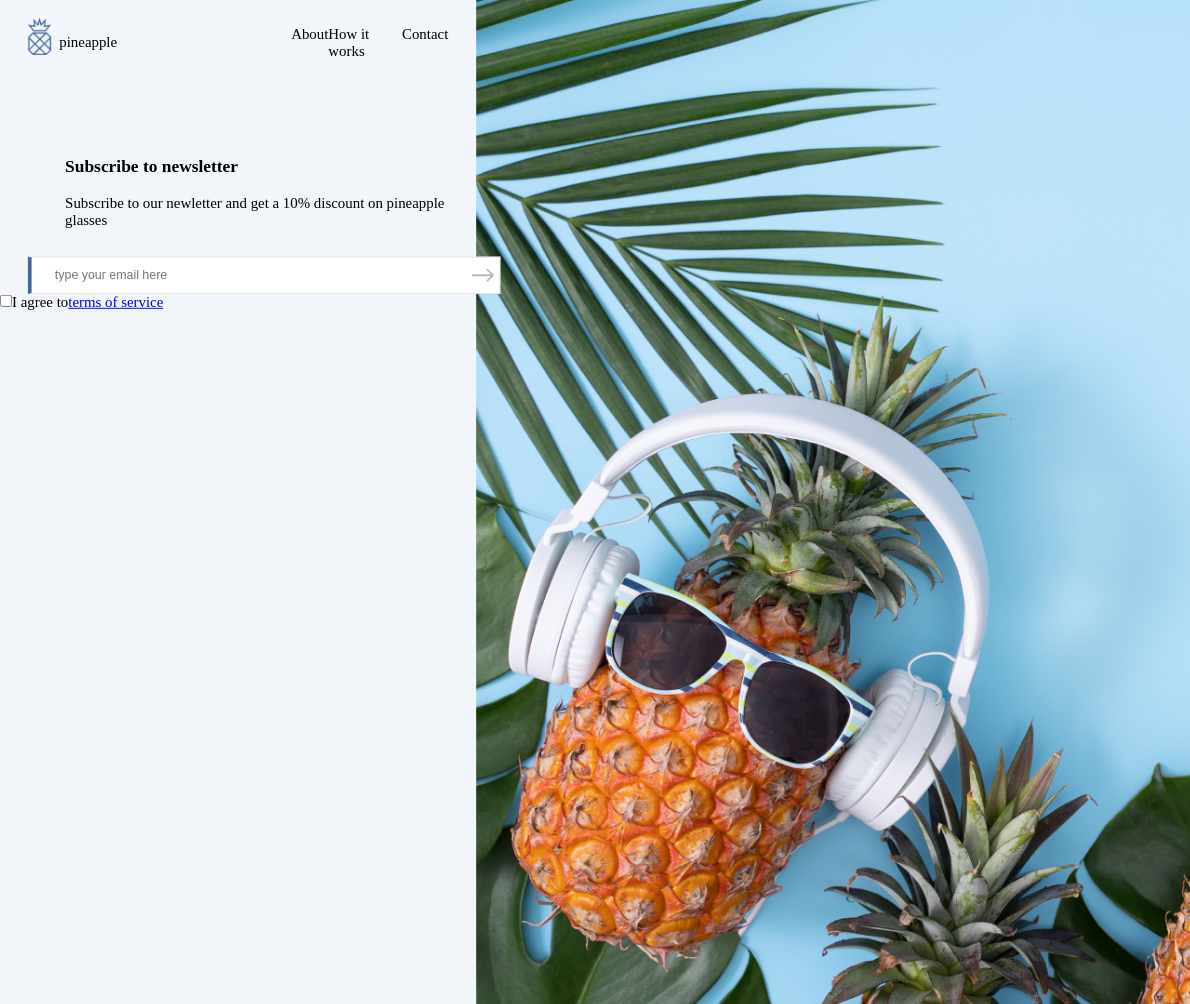
Repository: PaulsBebris/megabit-task
Page: /
An editor plug-in stored every save of this project. The page is shown before and after the next save, followed by the edit.
The browser window is 1280 px wide. The pictures show the whole page, at 93% of full size.
The project was rebuilt for these pictures with package versions that can differ from the ones it lists, and the page was loaded fresh each time.

Above is the page before, as saved 2021-04-19 14:35:31.

### src/App.vue
<template>
  <div id="app">
    <!-- <div id="nav">
      <router-link to="/">Home</router-link> |
      <router-link to="/about">About</router-link>
    </div> -->
    <router-view/>
  </div>
</template>

<style lang="scss">
// normalize
* {
  padding: 0;
  margin: 0;
  box-sizing: border-box;
}
#app {
  // font-family: Avenir, Helvetica, Arial, sans-serif;
  // -webkit-font-smoothing: antialiased;
  // -moz-osx-font-smoothing: grayscale;
  // text-align: center;
  // color: #2c3e50;
  overflow: hidden;
}

// #nav {
//   padding: 30px;

//   a {
//     font-weight: bold;
//     color: #2c3e50;

//     &.router-link-exact-active {
//       color: #42b983;
//     }
//   }
// }
</style>

### src/router/index.js
import Vue from 'vue'
import VueRouter from 'vue-router'
import Home from '../views/Home.vue'

Vue.use(VueRouter)

const routes = [
  {
    path: '/',
    name: 'Home',
    component: Home
  }
]

const router = new VueRouter({
  routes
})

export default router

// {
// path: '/about',
// name: 'About',
// route level code-splitting
// this generates a separate chunk (about.[hash].js) for this route
// which is lazy-loaded when the route is visited.
// component: () => import(/* webpackChunkName: "about" */ '../views/About.vue')
// }

### src/views/Home.vue
<template>
  <div class="home">
    <div class="page-content-wrapper">
      <div class="header-wrapper">
        <div class="logo">
          <img src="../assets/img/pineapple.png" alt="pineapple">
          <span>pineapple</span>
        </div>
        <div class="main-menu">
          <div>About</div>
          <div>How it works</div>
          <div>Contact</div>
        </div>
      </div>
      <div class="content-wrapper">
        <h3>Subscribe to newsletter</h3>
        <p>Subscribe to our newletter and get a 10% discount on pineapple glasses</p>
      </div>
      <div class="subscribe-form-wrapper">
        <input type="text" placeholder="type your email here" @click="onSubscribe" v-model="email" >
        <div class="submit-button">
          <span>
            <img src="../assets/img/ic_arrow.svg" alt="arrow">
          </span>
        </div>
      </div>
      <div class="terms-of-use">
        <input type="checkbox" name="agreedOnTerms" id="">I agree to<a href="#">terms of service</a>
      </div>
      <div class="social-wrapper"></div>
    </div>
    <div class="base-image">
      <img :src=sommer alt="">
    </div>
  </div>
</template>

<script>
import sommer from '@/assets/img/sommer.png'

export default {
  name: 'Home',
  components: {},
  data () {
    return {
      sommer,
      email: ''
    }
  },
  methods: {
    onSubscribe () {
      // axios send data
    }
  }
}
</script>

<style lang="scss" scoped>
@import "../assets/scss/defaults.scss";
.home {
  display: flex;
  // grid-template-columns: 3fr 1fr;
  // grid-template-rows: 100vh;
  width: 680px;
  height: 1080px;
  // color: $blue;
  // overflow: hidden;
}
.page-content-wrapper {
  width: 40vw;
  height: 1080px;
  background-color: $light-blue;
}
.base-image {
  width: 60vw;
}
.base-image img {
  max-height: 1080px;
}
.header-wrapper {
  display: flex;
  justify-content: space-between;
  margin: 5% 0 20% 0;
  align-items: center;
}
.logo {
  margin-left: 30px;
  display: flex;
  align-items: center;
}
.logo img {
  margin-right: 10%;
  position: relative;
  top: -7px;
}
.main-menu {
  margin-right: 30px;
  display: flex;
  justify-content: space-between;
  width: 33%;
}
.content-wrapper {
  padding-left: 70px;
}
.content-wrapper :first-child {
  margin-bottom: 20px;
}
.content-wrapper p {
  margin-bottom: 30px;
}
.subscribe-form-wrapper {
  display: flex;
  justify-content: right;
  width: 42vw;
}
.subscribe-form-wrapper input {
  border: none;
  border-left: 4px solid $blue;
  padding-left: 25px;
  margin-left: 30px;
  height: 40px;
  z-index: 2;
  width: 90%;
  border-top: 1px solid $light-grey;
  border-bottom: 1px solid $light-grey;
}
.submit-button {
  z-index: 2;
  width: 38px;
  background-color: #fff;
  border-top: 1px solid $light-grey;
  border-right: 1px solid $light-grey;
  border-bottom: 1px solid $light-grey;
  height: 40px;
}
.submit-button {
  display: flex;
  justify-content: center;
  align-items: center;
}
.submit-button span {
  margin-top: 5px;
}
// mobile
@media screen and (max-width: 1024px) {
  .base-image {
    display: none;
  }
  .page-content-wrapper {
    width: 100vw;
    background-image: url('../assets/img/sommer.png');
    background-repeat: no-repeat;
    background-position: center;
    background-attachment: fixed;
    background-size: cover;
    max-height: 746px;
  }
}
</style>

### src/assets/scss/_defaults.scss
$blue: #4066A5;
$black: #131821;
$grey: #6A707B;
$light-grey: #E3E3E4;
$light-blue: #F2F5FA;

Loaded but not shown: public/index.html (common file); src/main.js (common file); src/store/index.js (common file)

After the next save:
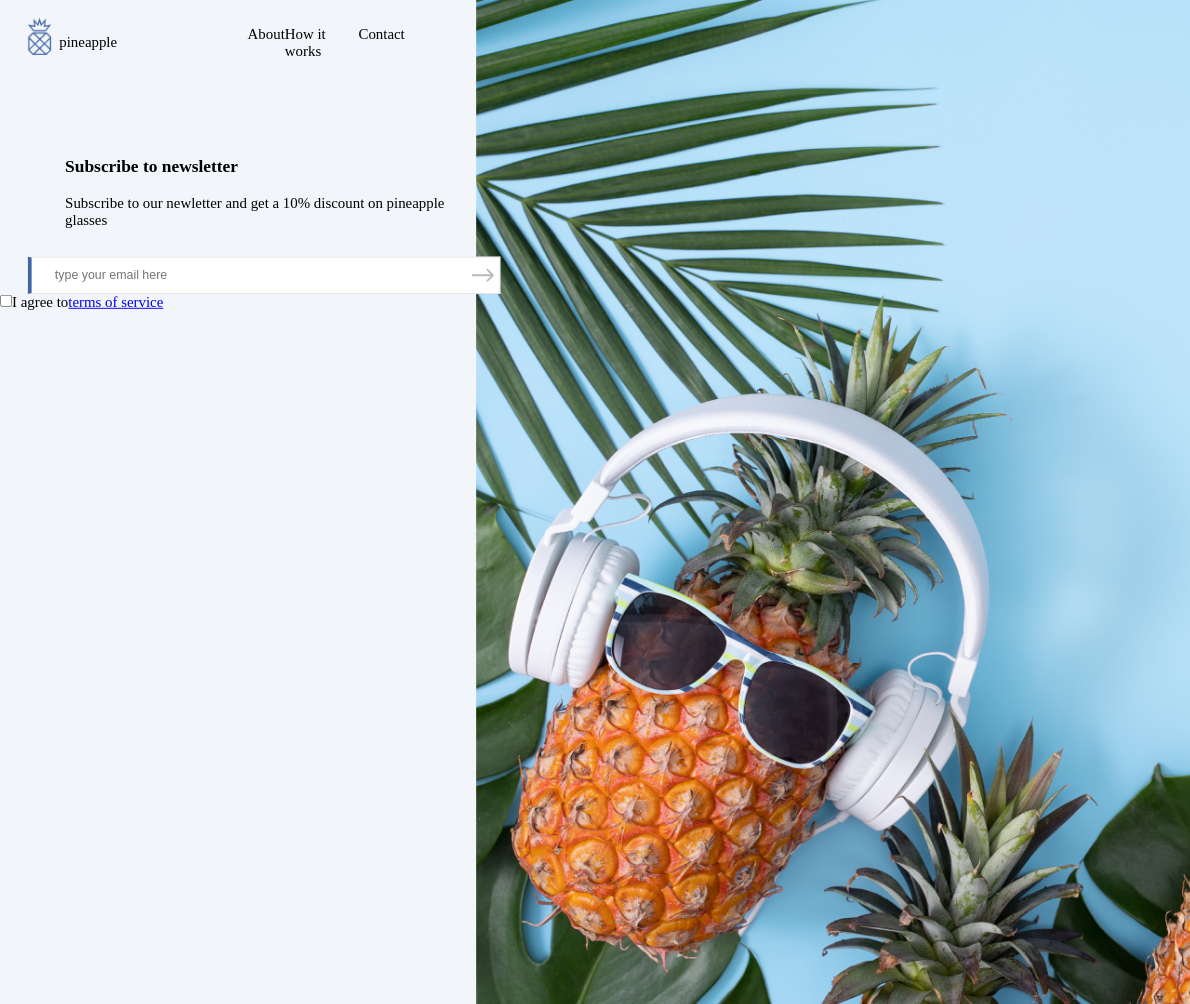
Saved 22 s later.
--- a/src/views/Home.vue
+++ b/src/views/Home.vue
@@ -94,7 +94,7 @@ export default {
   top: -7px;
 }
 .main-menu {
-  margin-right: 30px;
+  margin-right: 15%;
   display: flex;
   justify-content: space-between;
   width: 33%;
